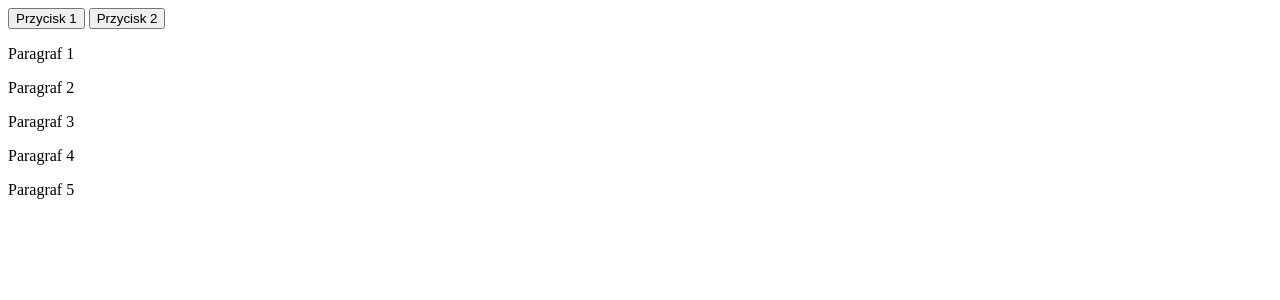
Repository: magdaf41/jQuery
Page: zadanie 2/index.html
These files come from the project's save history. The page is drawn as it stood at one moment and after the next save; the edit follows.
The browser window is 1280 px wide. The pictures show the whole page.
Some web libraries are served in a nearby version.

Above is the page before, as saved 2020-09-11 16:48:08.

### zadanie 2/index.html
<!DOCTYPE html>
<html lang="en">

<head>
    <meta charset="UTF-8">
    <meta name="viewport" content="width=device-width, initial-scale=1.0">
    <title>Animation</title>
    <link rel="stylesheet" href="css/style.css">
</head>

<body>

<div>
    <button id="button1">Przycisk 1</button>

</div>

    <p class="first">Paragraf 1</p>
    <p class="second">Paragraf 2</p>
    <p class="third">Paragraf 3</p>
    <p class="fourth">Paragraf 4</p>
    <p class="fifth">Paragraf 5</p>



    <script src="https://cdnjs.cloudflare.com/ajax/libs/jquery/3.2.1/jquery.min.js"></script>
    <script src="https://code.jquery.com/ui/1.12.1/jquery-ui.min.js"
        integrity="sha256-VazP97ZCwtekAsvgPBSUwPFKdrwD3unUfSGVYrahUqU=" crossorigin="anonymous"></script>
    <script src="js/main.js"></script>
</body>

</html>

### zadanie 2/js/main.js
$(document).ready(function () {


  $('#button1').click(function () {
    $('p:last').insertBefore('p:first');

  });

  $('div').append('<button id="button2">Przycisk 2</button>');
  $('#button2').click(function () {
    $('p:first').insertAfter('p:last');

  });
});

Loaded but not shown: zadanie 2/css/style.css (no stored copy; drawn as an empty file)

After the next save:
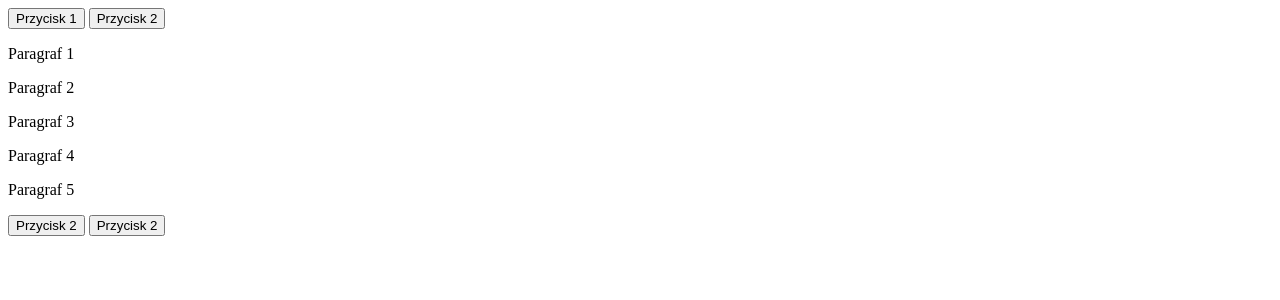
Saved 2 days later.
--- a/zadanie 2/index.html
+++ b/zadanie 2/index.html
@@ -21,6 +21,9 @@
     <p class="fourth">Paragraf 4</p>
     <p class="fifth">Paragraf 5</p>
 
+<div>
+    <button id="button2">Przycisk 2</button>
+</div>
 
 
     <script src="https://cdnjs.cloudflare.com/ajax/libs/jquery/3.2.1/jquery.min.js"></script>
